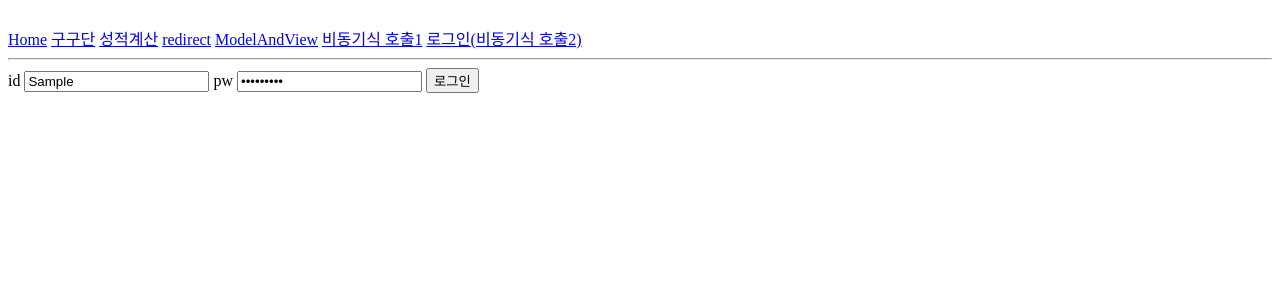
Repository: EunhaKyeong/studyRepo
Page: http://localhost/tutorial/login.do
The author's editor kept a copy of each file at every save. The page is drawn from the files as they stood at one save, then again after the next save.
The browser window is 1280 px wide. The pictures show the whole page.
Empty fields were first filled with sample values (such as "Sample", 5 or name@example.com).
After loading, the first visible `#btnLogin` was clicked once.
The page is served by Tomcat 9.

Above is the page before, as saved 2020-12-05 16:42:40.
Console error: TypeError: "#id".val is not a function

After the next save:
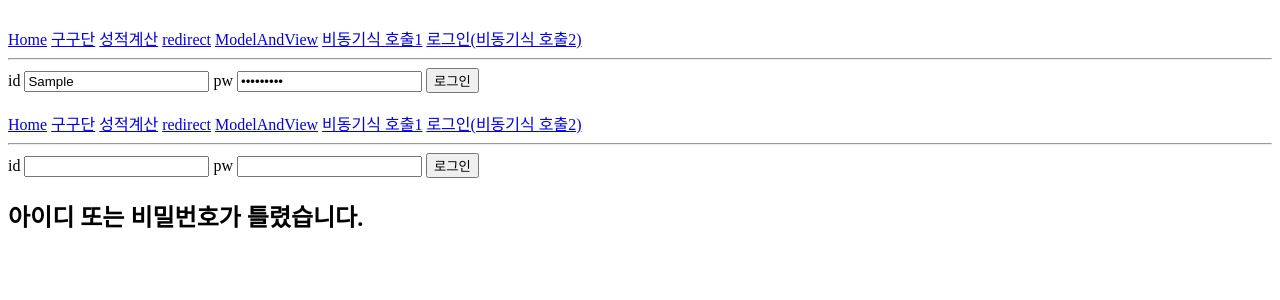
The error is gone.
Saved 92 s later.
--- a/SPRING/spring/tutorial/src/main/webapp/resources/js/login.js
+++ b/SPRING/spring/tutorial/src/main/webapp/resources/js/login.js
@@ -1,8 +1,8 @@
 $(function() {	//페이지가 로드되면 실해한다.
 	$("#btnLogin").click(function() {
 		//http://localhost:8080/ajax2의 로그인폼에 입력한 아이디, 비밀번호
-		id = ("#id").val();
-		pw = ("#pw").val();
+		id = $("#id").val();
+		pw = $("#pw").val();
 		param = {"id":id, "pw":pw};
 		//비동기식 호출
 		$.ajax( {
